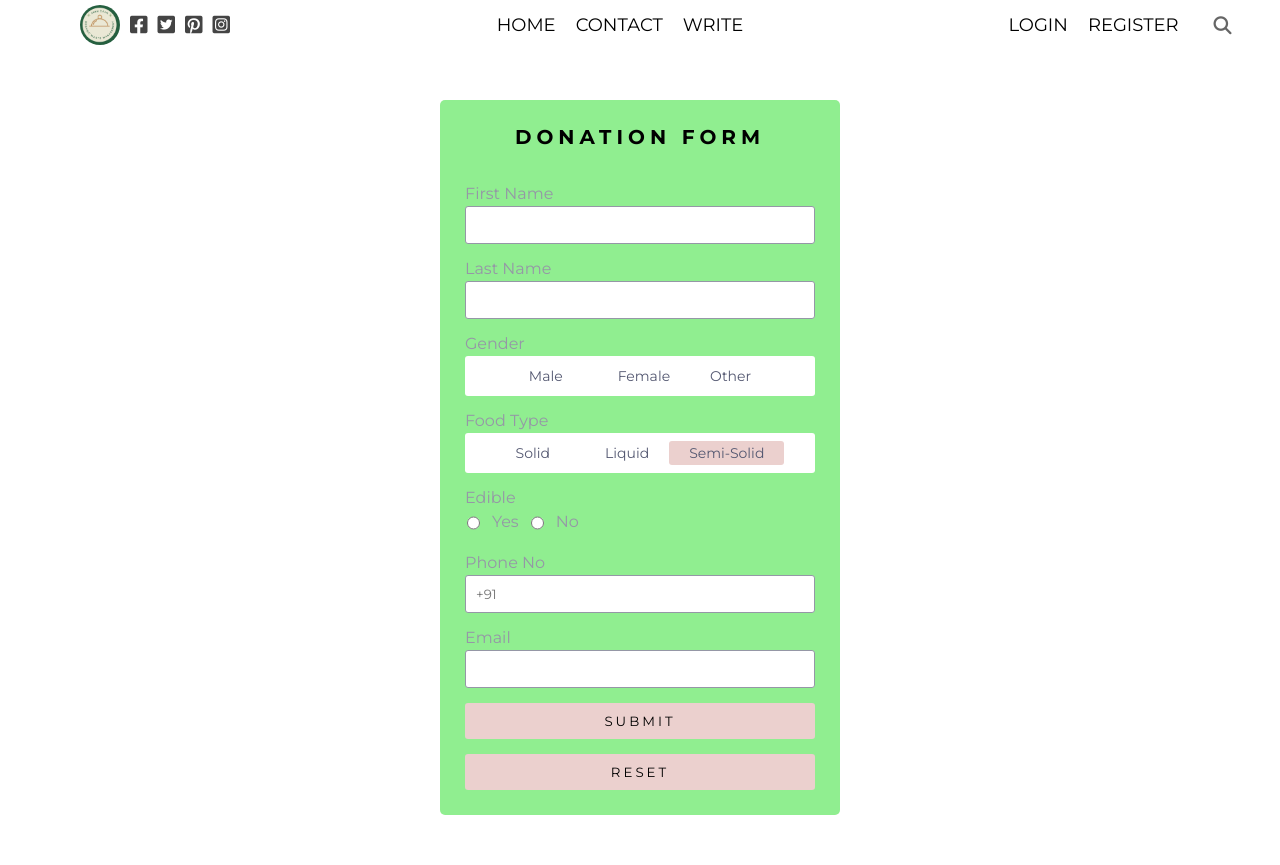
Repository: blsnabrhm/anna-daan
Page: /Contact (app in client/)
These files come from the project's save history. The page is drawn as it stood at one moment and after the next save; the edit follows.
The browser window is 1280 px wide. The pictures show the whole page.
Some web libraries are served in a nearby version. The project was rebuilt for these pictures with package versions that can differ from the ones it lists, and the page was loaded fresh each time. Also part of the build but not shown: client/src/components/header/header.css, client/src/components/header/Header.jsx, client/src/components/posts/posts.css, client/src/components/posts/Posts.jsx, client/src/components/sidebar/sidebar.css, client/src/components/sidebar/SideBar.jsx, client/src/pages/home/home.css, client/src/pages/home/Home.jsx and 13 more. Imported but missing from the stored project, and not drawn on this page: client/src/components/post/Post.

Above is the page before, as saved 2022-04-22 08:34:59.

### client/public/index.html
<!DOCTYPE html>
<html lang="en">
  <head>
    <meta charset="utf-8" />
    <link rel="icon" href="%PUBLIC_URL%/favicon.ico" />
    <meta name="viewport" content="width=device-width, initial-scale=1" />
    <meta name="theme-color" content="#000000" />
    <meta
      name="description"
      content="Web site created using create-react-app"
    />
    <link rel="preconnect" href="https://fonts.googleapis.com">
    <link rel="preconnect" href="https://fonts.gstatic.com" crossorigin>
    <link href="https://fonts.googleapis.com/css2?family=Josefin+Sans:wght@100;200;300;400;500;600;700&family=Lora:ital@0;1&family=Varela&family=Varela+Round&display=swap" rel="stylesheet">
    <link rel="stylesheet" href="https://cdnjs.cloudflare.com/ajax/libs/font-awesome/6.1.1/css/all.min.css" integrity="sha512-KfkfwYDsLkIlwQp6LFnl8zNdLGxu9YAA1QvwINks4PhcElQSvqcyVLLD9aMhXd13uQjoXtEKNosOWaZqXgel0g==" crossorigin="anonymous" referrerpolicy="no-referrer" />
    <style>*{
      margin: 0;
    }</style>
    <style>
      .link {
        text-decoration: none;
        color: inherit;
      }
    </style>
    <title>Anna Daan</title>
  </head>
  <body>
    <noscript>You need to enable JavaScript to run this app.</noscript>
    <div id="root"></div>

  </body>
</html>

### client/src/index.js
import React from 'react';
import ReactDOM from 'react-dom/client';
import App from './App';
import { ContextProvider } from './context/Context';

const root = ReactDOM.createRoot(document.getElementById('root'));
root.render(
  <React.StrictMode>
    <ContextProvider>
    <App />
    </ContextProvider>
  </React.StrictMode>
);

### client/src/App.js
import Home from "./pages/home/Home";
import TopBar from "./components/topbar/TopBar";
import Single from "./pages/single/Single";
import Write from "./pages/write/Write";
import Settings from "./pages/settings/Settings";
import Login from "./pages/login/Login";
import Register from "./pages/register/Register";
import Contact from "./pages/contact/Contact";
import { BrowserRouter as Router, Switch, Route, Link } from "react-router-dom";
import { useContext } from "react";
import { Context } from "./context/Context";

function App() {
  const { user } = useContext(Context);
  return (
    <Router>
      <TopBar />
      <Switch>
        <Route exact path="/">
          <Home />
        </Route>
        <Route path="/register">{user ? <Home /> : <Register />}</Route>
        <Route path="/login">{user ? <Home /> : <Login />}</Route>
        <Route path="/Contact">{user ? <Contact />: <Contact/> }</Route>
        <Route path="/write">{user ? <Write /> : <Register />}</Route>
        <Route path="/settings">{user ? <Settings /> : <Register />}</Route>
        <Route path="/post/:postId">
          <Single />
        </Route>
      </Switch>
    </Router>
  );
}

export default App;

### client/src/context/Context.js
import { createContext, useEffect, useReducer } from "react";
import Reducer from "./Reducer";

const INITIAL_STATE = {
  user: JSON.parse(localStorage.getItem("user")) || null,
  isFetching: false,
  error: false,
};

export const Context = createContext(INITIAL_STATE);

export const ContextProvider = ({ children }) => {
  const [state, dispatch] = useReducer(Reducer, INITIAL_STATE);

  useEffect(() => {
    localStorage.setItem("user", JSON.stringify(state.user));
  }, [state.user]);

  return (
    <Context.Provider
      value={{
        user: state.user,
        isFetching: state.isFetching,
        error: state.error,
        dispatch,
      }}
    >
      {children}
    </Context.Provider>
  );
};

### client/src/components/topbar/TopBar.jsx
import { useContext } from "react";
import { Link } from "react-router-dom";
import { Context } from "../../context/Context";
import "./topbar.css";

export default function TopBar() {
  const { user, dispatch } = useContext(Context);
  const PF = "http://localhost:3000/images/"

  const handleLogout = () => {
    dispatch({ type: "LOGOUT" });
  };
  return (
    <div className="top">
      <div className="topLeft">
        <img className="topImg topLogo" src={require('../../assets/Anna_Daan.png')} alt="" />
        <i className="topIcon fab fa-facebook-square"></i>
        <i className="topIcon fab fa-twitter-square"></i>
        <i className="topIcon fab fa-pinterest-square"></i>
        <i className="topIcon fab fa-instagram-square"></i>
      </div>
      <div className="topCenter">
        <ul className="topList">
          <li className="topListItem">
            <Link className="link" to="/" >
              HOME
            </Link>
          </li>
          <li className="topListItem">
            <Link className="link" to="/contact" >
              CONTACT
            </Link>
          </li>
          <li className="topListItem">
            <Link className="link" to="/write">
              WRITE
            </Link>
          </li>
          <li className="topListItem" onClick={handleLogout}>
            {user && "LOGOUT"}
          </li>
        </ul>
      </div>
      <div className="topRight">
        {user ? (
          <Link to="/settings">
            <img className="topImg" src={PF+user.profilePic} alt="" />
          </Link>
        ) : (
          <ul className="topList">
            <li className="topListItem">
              <Link className="link" to="/login" >
                LOGIN
              </Link>
            </li>
            <li className="topListItem">
              <Link className="link" to="/register">
                REGISTER
              </Link>
            </li>
          </ul>
        )}
        <i className="topSearchIcon fas fa-search"></i>
      </div>
    </div>
  );
}

### client/src/pages/contact/Contact.jsx
import './contact.css'

export default function Contact() {
    return (
    <div className='contact'>
        <div class="registration_form">
		<div class="title">
			Donation Form
		</div>

		<form>
			<div class="form_wrap">
                <div className="input_wrap">
					<label for="fname">First Name</label>
					<input type="text" id="email"/>
				</div>
				<div className="input_wrap">
					<label for="lname">Last Name</label>
					<input type="text" id="email"/>
				</div>
                <div >

                </div>
				<div className="input_wrap">
					<label>Gender</label>
					<ul>
						<li>
							<label className="radio_wrap">
								<input type="radio" name="gender" value="male" className="input_radio" checked/>
								<span>Male</span>
							</label>
						</li>
						<li>
							<label className="radio_wrap">
								<input type="radio" name="gender" value="female" className="input_radio"/>
								<span>Female</span>
							</label>
						</li>
                        <li>
							<label className="radio_wrap">
								<input type="radio" name="gender" value="male" className="input_radio" checked/>
								<span>Other</span>
							</label>
						</li>
					</ul>
				</div>
                <div className="input_wrap">
					<label>Food Type</label>
					<ul>
						<li>
							<label className="radio_wrap">
								<input type="radio" name="gender" value="male" className="input_radio" checked/>
								<span>Solid</span>
							</label>
						</li>
						<li>
							<label className="radio_wrap">
								<input type="radio" name="gender" value="female" className="input_radio"/>
								<span>Liquid</span>
							</label>
						</li>
                        <li>
							<label className="radio_wrap">
								<input type="radio" name="gender" value="male" className="input_radio" checked/>
								<span>Semi-Solid</span>
							</label>
						</li>
					</ul>
				</div>
        <div className="input_wrap">
            <label className='edi' for="edible">Edible</label>
            <div className='edible'>
            <input className='edible' type="radio" id="y" name='edible'/>
            <label className='edible' for="edible">Yes  </label>
            <input className='edible' type="radio" id="n" name='edible'/>
            <label className='edible' for="edible">No  </label>
            </div>
        </div>
				<div className="input_wrap">
					<label for="city">Phone No</label>
					<input type="tel" id="city" placeholder="+91"/>
				</div>
				<div className="input_wrap">
					<label for="country">Email</label>
					<input type="text" id="country"/>
				</div>
				<div className="input_wrap">
					<input type="submit" value="Submit" className="submit_btn"/>
				</div>
        <div className="input_wrap">
					<input type="submit" value="Reset" className="submit_btn"/>
				</div>
			</div>
		</form>
	</div>
    </div>
    )
}

### client/src/context/Reducer.js
const Reducer = (state, action) => {
  switch (action.type) {
    case "LOGIN_START":
      return {
        user: null,
        isFetching: true,
        error: false,
      };
    case "LOGIN_SUCCESS":
      return {
        user: action.payload,
        isFetching: false,
        error: false,
      };
    case "LOGIN_FAILURE":
      return {
        user: null,
        isFetching: false,
        error: true,
      };
      case "UPDATE_START":
        return {
          ...state,
          isFetching:true
        };
      case "UPDATE_SUCCESS":
        return {
          user: action.payload,
          isFetching: false,
          error: false,
        };
      case "UPDATE_FAILURE":
        return {
          user: state.user,
          isFetching: false,
          error: true,
        };
    case "LOGOUT":
      return {
        user: null,
        isFetching: false,
        error: false,
      };
    default:
      return state;
  }
};

export default Reducer;

### client/src/components/topbar/topbar.css
.top {
    width: 100%;
    height: 50px;
    background-color: white;
    position: sticky;
    top: 0;
    display: flex;
    align-items: center;
    font-family: "Josefin Sans", sans-serif;
    z-index: 999;
  }

  .topLeft,
  .topRight {
    flex: 3;
    display: flex;
    align-items: center;
    justify-content: center;
  }

  .topCenter {
    flex: 6;
  }

  .topLogo {
    margin-right: 10px;
  }

  .topIcon {
    font-size: 20px;
    margin-right: 10px;
    color: #444;
    cursor: pointer;
  }

  .topImg {
    width: 40px;
    height: 40px;
    border-radius: 50%;
    object-fit: cover;
    cursor: pointer;
  }

  .topList {
    display: flex;
    justify-content: center;
    margin: 0;
    padding: 0;
    list-style: none;
  }

  .topListItem {
    margin-right: 20px;
    font-size: 18px;
    font-weight: 300;
    cursor: pointer;
  }

  .topSearchIcon {
    font-size: 18px;
    color: #666;
    cursor: pointer;
    margin-left: 15px;
  }

### client/src/pages/contact/contact.css
@import url('https://fonts.googleapis.com/css2?family=Montserrat:wght@400;700&display=swap');

*{
	margin: 0;
	padding: 0;
	box-sizing: border-box;
	list-style: none;
	font-family: 'Montserrat', sans-serif;
}

.contact {
    display: flex;
    align-items: center;
    justify-content: center;
    margin: 50px 0;
}


.edible {
    display: flex;
    flex-wrap: wrap;
    margin-top: -1px;
    margin-right: 10px;
    padding: 2px;
}

.wrapper{
	min-height: 100vh;
	display: flex;
	justify-content: center;
	align-items: center;
}

.registration_form{
	background: lightgreen;
	padding: 25px;
	border-radius: 5px;
	width: 400px;
}

.registration_form .title{
	text-align: center;
	font-size: 20px;
	text-transform: uppercase;
	color: #000000;
	letter-spacing: 5px;
	font-weight: 700;
}

.form_wrap{
	margin-top: 35px;
}

.form_wrap .input_wrap{
	margin-bottom: 15px;
}

.form_wrap .input_wrap:last-child{
	margin-bottom: 0;
}

.form_wrap .input_wrap label{
	display: block;
	margin-bottom: 3px;
	color: #9597a6;
}
.form_wrap .input_grp  input[type="text"] ,input[type="number"]{
	width: 165px;
}

.form_wrap  input[type="text"], input[type="number"], input[type="tel"]{
	width: 100%;
	border-radius: 3px;
	border: 1px solid #9597a6;
	padding: 10px;
	outline: none;
}

.form_wrap  input[type="text"]:focus{
	border-color: #ebd0ce;
}

.form_wrap ul{
	background: #fff;
	padding: 8px 10px;
	border-radius: 3px;
	display: flex;
	justify-content: center;
}

.form_wrap ul li:first-child{
	margin-right: 15px;
}
.form_wrap ul .radio_wrap{
	position: relative;
	margin-bottom: 0;
}

.form_wrap ul .radio_wrap .input_radio{
	position: absolute;
	top: 0;
	right: 0;
	opacity: 0;
}

.form_wrap ul .radio_wrap span{
	display: inline-block;
	font-size: 14px;
	padding: 3px 20px;
	border-radius: 3px;
	color: #545871;
}

.form_wrap .input_radio:checked ~ span{
	background: #ebd0ce;
}

.form_wrap .submit_btn{
	width: 100%;
	background: #ebd0ce;
	padding: 10px;
	border: 0;
	border-radius: 3px;
	text-transform: uppercase;
	letter-spacing: 3px;
	cursor: pointer;
}

.form_wrap .submit_btn:hover{
	background: #ffd5d2;
}

After the next save:
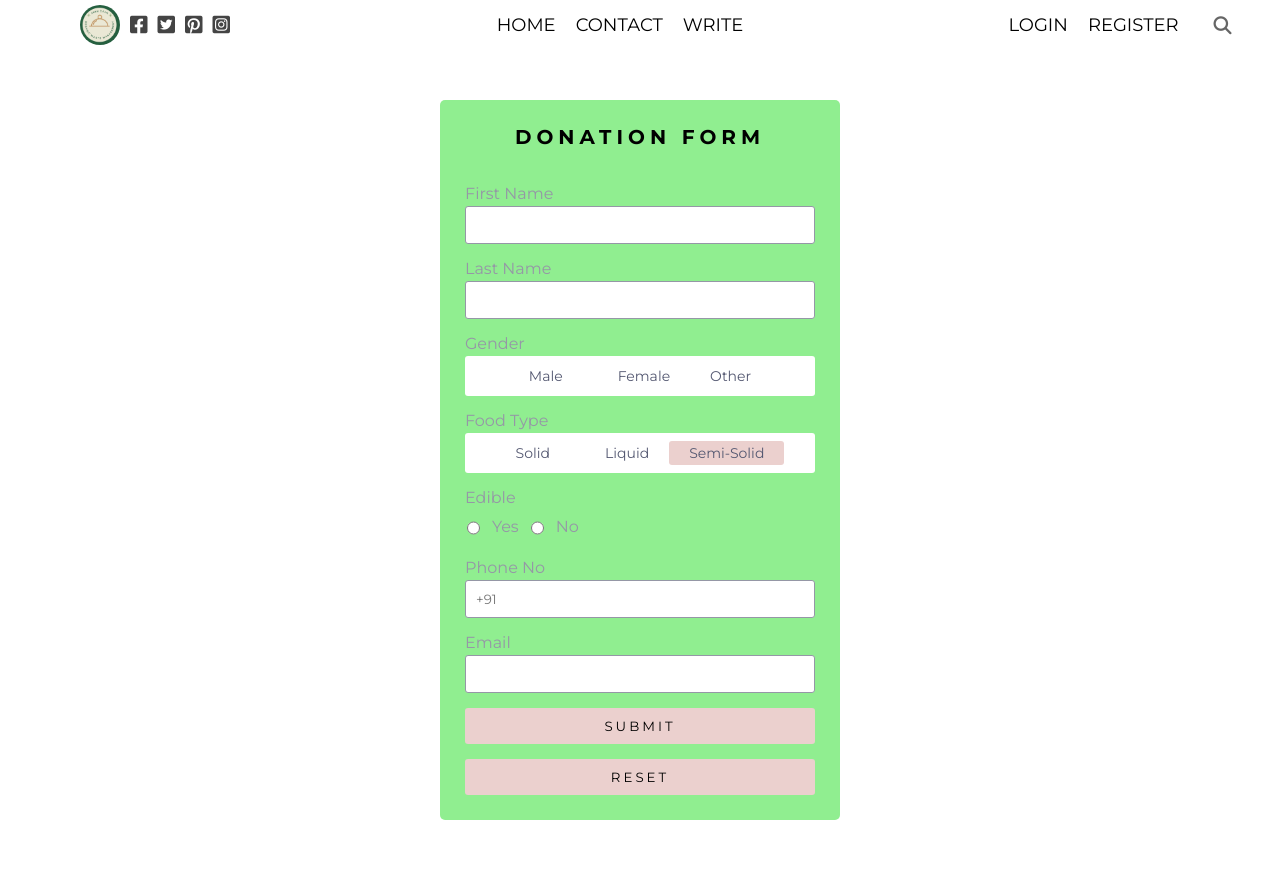
Saved 14 s later.
--- a/client/src/pages/contact/contact.css
+++ b/client/src/pages/contact/contact.css
@@ -19,7 +19,7 @@
 .edible {
     display: flex;
     flex-wrap: wrap;
-    margin-top: -1px;
+    margin-top: 3px;
     margin-right: 10px;
     padding: 2px;
 }
